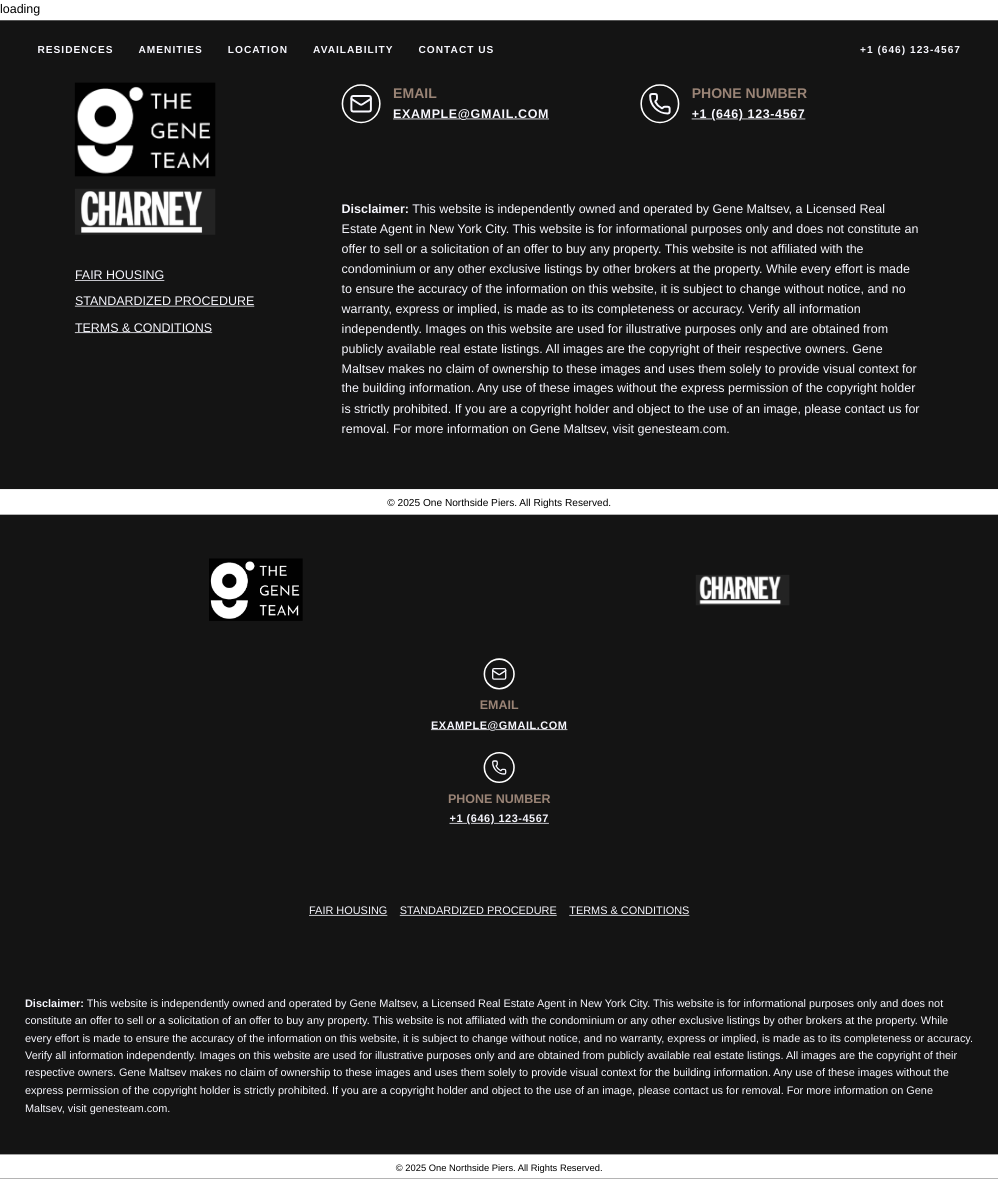
Repository: Emanuele-Sgroi/apartment-showcase-website-template
Page: /
These files come from the project's save history. The page is drawn as it stood at one moment and after the next save; the edit follows.
The browser window is 1280 px wide. The pictures show the whole page, at 78% of full size.
The page's requests for data from a server got no answer. The project was rebuilt for these pictures with package versions that can differ from the ones it lists, and the page was loaded fresh each time. The framework's server and built-in components were replaced by stand-ins that run in the browser. No one was signed in, and anything a server would have sent is missing. Also part of the build but not shown: next.config.mjs, src/components/LandingPageComponents/ImageSlider.js, src/components/LandingPageComponents/BackgroundVideo.js, src/components/LandingPageComponents/SingleImageBg.js, src/components/LandingPageComponents/HeroSection.js, src/components/LandingPageComponents/TextOnlySection.js, src/components/LandingPageComponents/FullScreenImageSection.js, src/components/LandingPageComponents/TextAndImageSection.js and 5 more.

Above is the page before, as saved 2025-02-27 19:01:23.

After the next save:
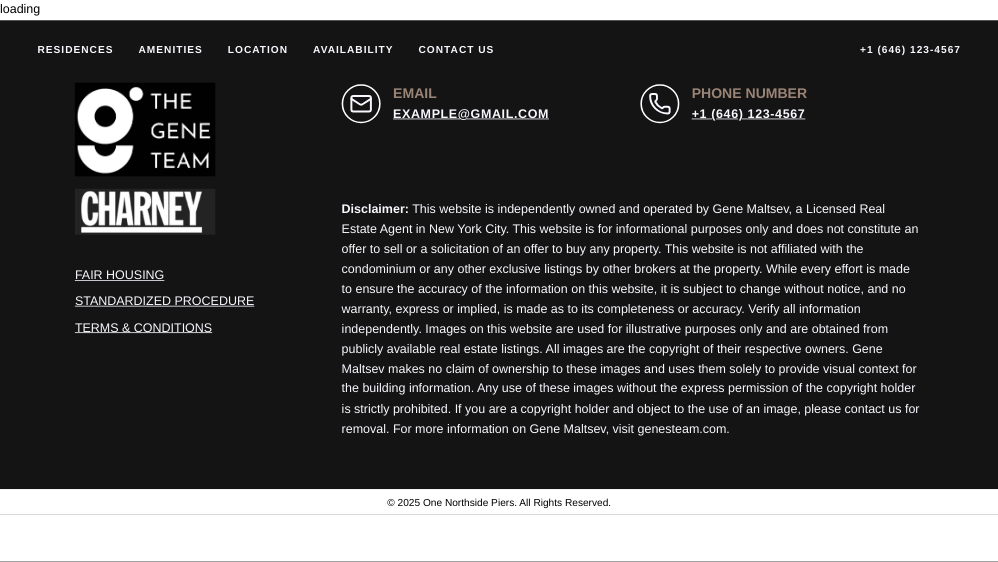
Saved 64 s later.
--- a/src/components/Footer/Footer.js
+++ b/src/components/Footer/Footer.js
@@ -150,7 +150,7 @@ const Footer = () => {
           </p>
         </div>
       </footer>
-      <footer className="min-md:hidden w-full bg-background-dark">
+      <footer className="md:hidden w-full bg-background-dark">
         <div className="w-full pt-[56px] pb-12  px-8 text-foreground-light">
           <div className="w-full flex flex-col items-center justify-start gap-12">
             {/* top part */}
